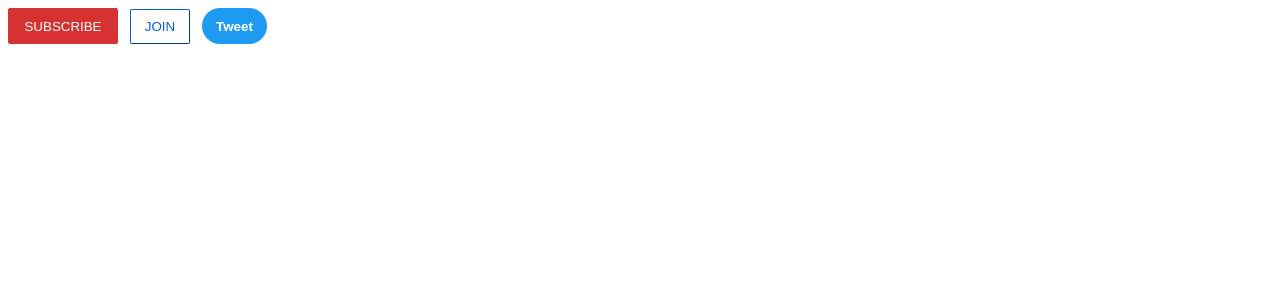
Repository: Kurumilli/Youtube
Page: buttons.html
These files come from the project's save history. The page is drawn as it stood at one moment and after the next save; the edit follows.
The browser window is 1280 px wide. The pictures show the whole page.
The first visible `.subscribe` is being pressed.

Above is the page before, as saved 2025-01-24 20:55:44.

### buttons.html
<html>
<body>
<style>
.subscribe{
    background-color: rgb(204, 0, 0);
    border:none;
    color: white;
    height: 36px;
    width: 110px;
    border-radius: 2px;
    cursor: pointer;
    transition: 0.15s;
}
    .subscribe:hover{
        opacity: 0.8;
    }

    .subscribe:active{
        opacity: 0.15s;
    }

.join{
background-color: white;
color: rgb(6, 95, 212);
border-width: 1px;
height:35px;
width: 60px;
border-color:rgb(6, 95, 212);
border-radius: 2px;
cursor: pointer;
margin-left: 8px;
}

.tweet{
    background-color: rgb(29, 155, 240);
    border: none;
    height: 36px;
    color: white;
    width: 65px;
    border-radius: 18px;
    font-weight: bold;
    margin-left: 8px;

    }
</style>

<button class="subscribe">
    SUBSCRIBE
</button>

<button class="join">
    JOIN
</button>

<button class="tweet">
    Tweet
</button>




</body>
</html>

After the next save:
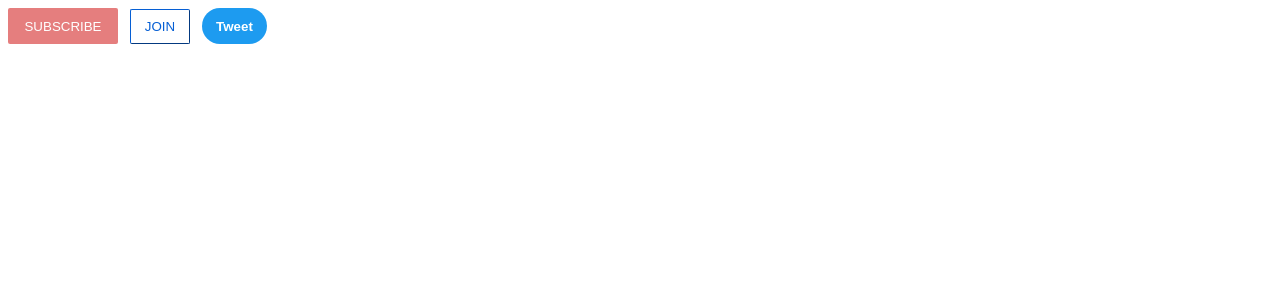
Saved 23 s later.
--- a/buttons.html
+++ b/buttons.html
@@ -16,7 +16,7 @@
     }
 
     .subscribe:active{
-        opacity: 0.15s;
+        opacity: 0.5;
     }
 
 .join{
